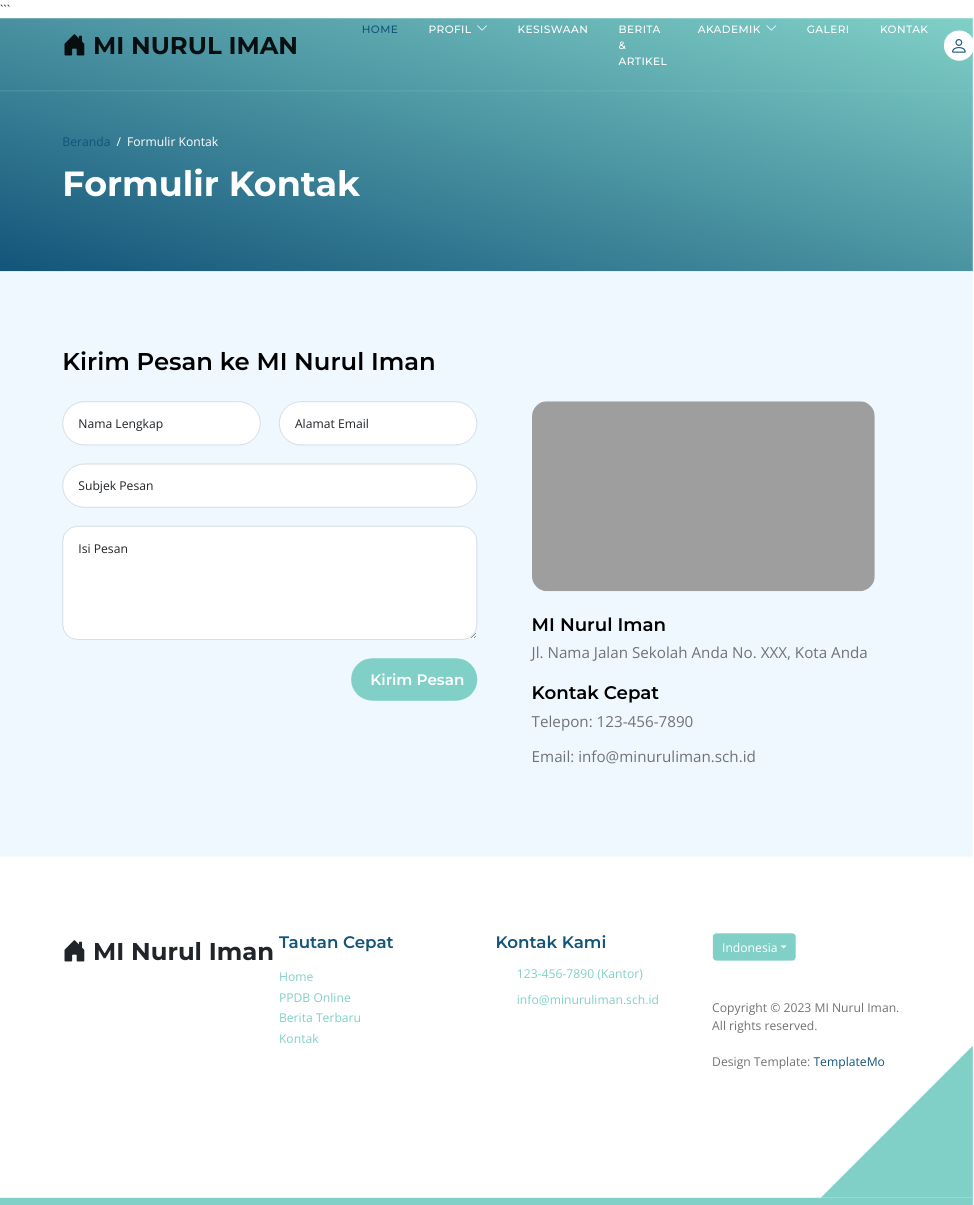
Repository: MKennyChaniago/sekolah-mi-nurul-iman
Page: http://localhost/kontak
The author's editor kept a copy of each file at every save. The page is drawn from the files as they stood at one save, then again after the next save.
The browser window is 1280 px wide. The page is 1282 px wide, so the pictures cover 1282 px, including what lies to the right of the window. The pictures show the whole page, at 76% of full size.
Pictures or frames that could not be fetched are drawn as grey boxes. The page is served by the project's Laravel application, run on PHP 8.4 with Laravel 12.

Above is the page before, as saved 2025-11-24 09:20:29.
Console error: TypeError: Cannot read properties of undefined (reading 'top')

After the next save:
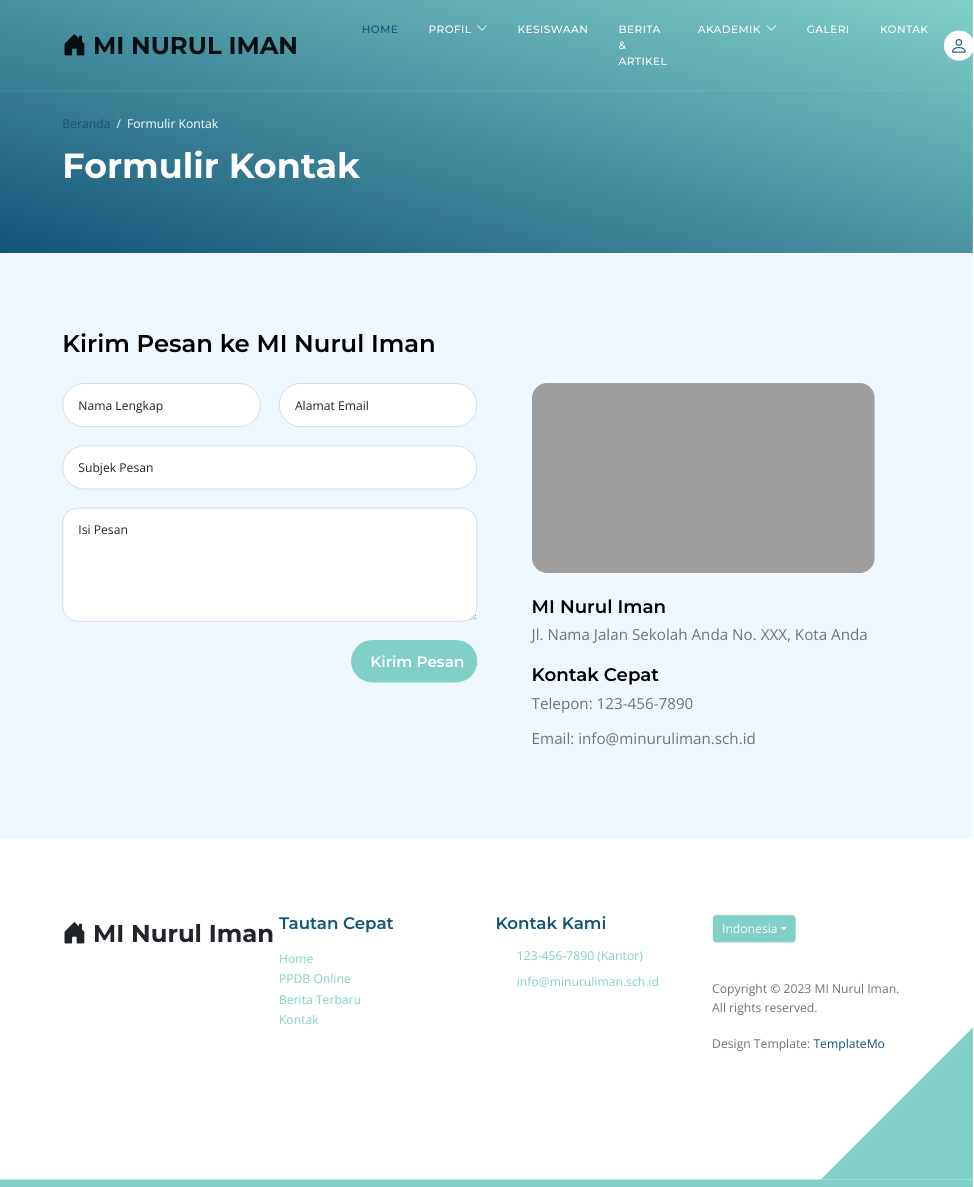
Saved 76 s later.
--- a/resources/views/layouts/frontend.blade.php
+++ b/resources/views/layouts/frontend.blade.php
@@ -17,8 +17,7 @@
         <link href="{{ asset('css/bootstrap.min.css') }}" rel="stylesheet">
         <link href="{{ asset('css/bootstrap-icons.css') }}" rel="stylesheet">
         <link href="{{ asset('css/templatemo-topic-listing.css') }}" rel="stylesheet">
-        <link href="{{ asset('css/templatemo-topic-listing.css') }}" rel="stylesheet">
-        <link href="{{ asset('css/custom-mi.css') }}" rel="stylesheet"> ```
+
 
         @yield('styles')
     </head>
